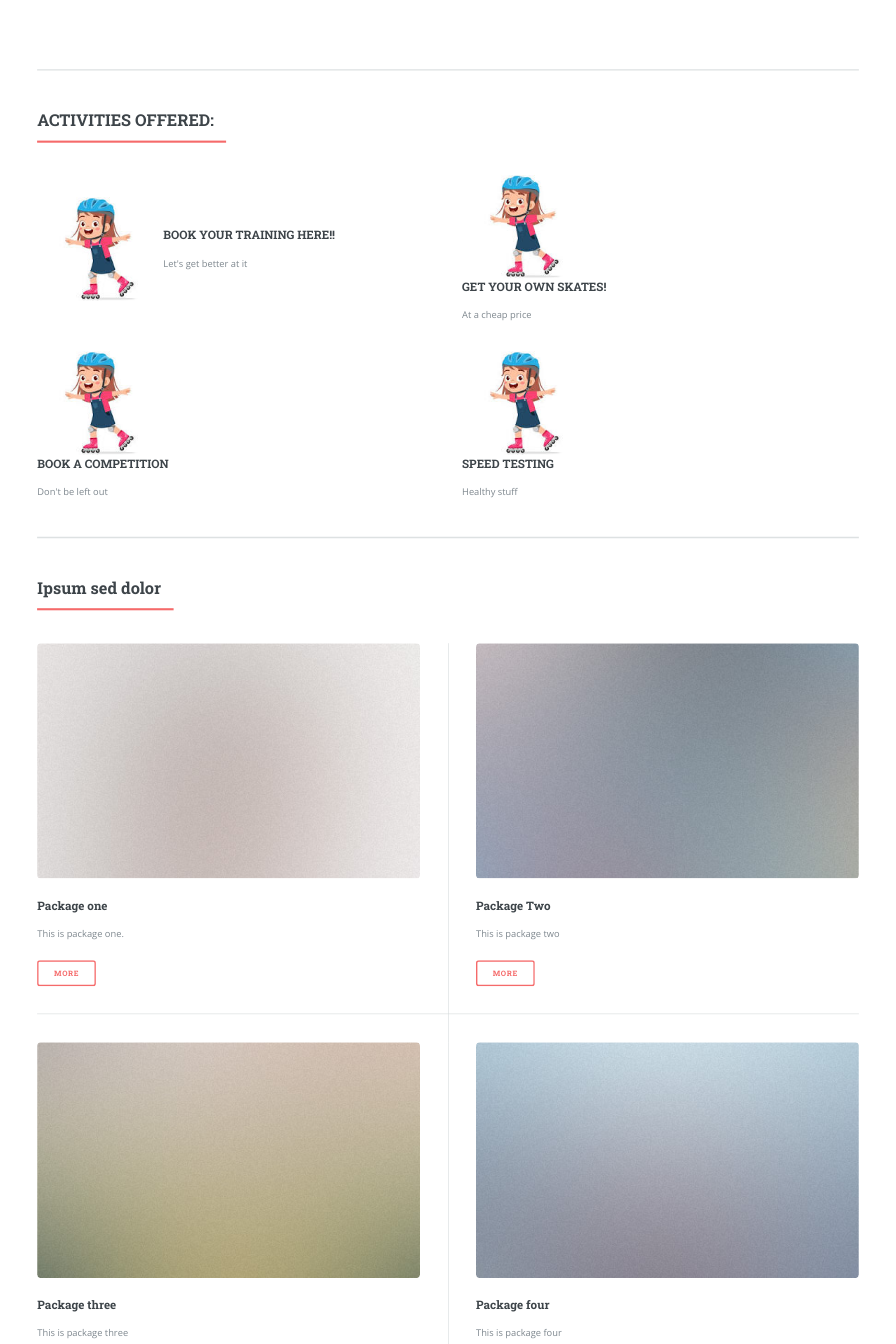
Repository: rachel648/New_Elite
Page: index.html
The author's editor kept a copy of each file at every save. The page is drawn from the files as they stood at one save, then again after the next save.
The browser window is 1280 px wide. The pictures show the part of the page from y = 707 to 2627 px (the page is 3312 px tall before and 3549 px after), at 70% of full size.

Above is the page before, as saved 2024-10-14 14:13:53.

After the next save:
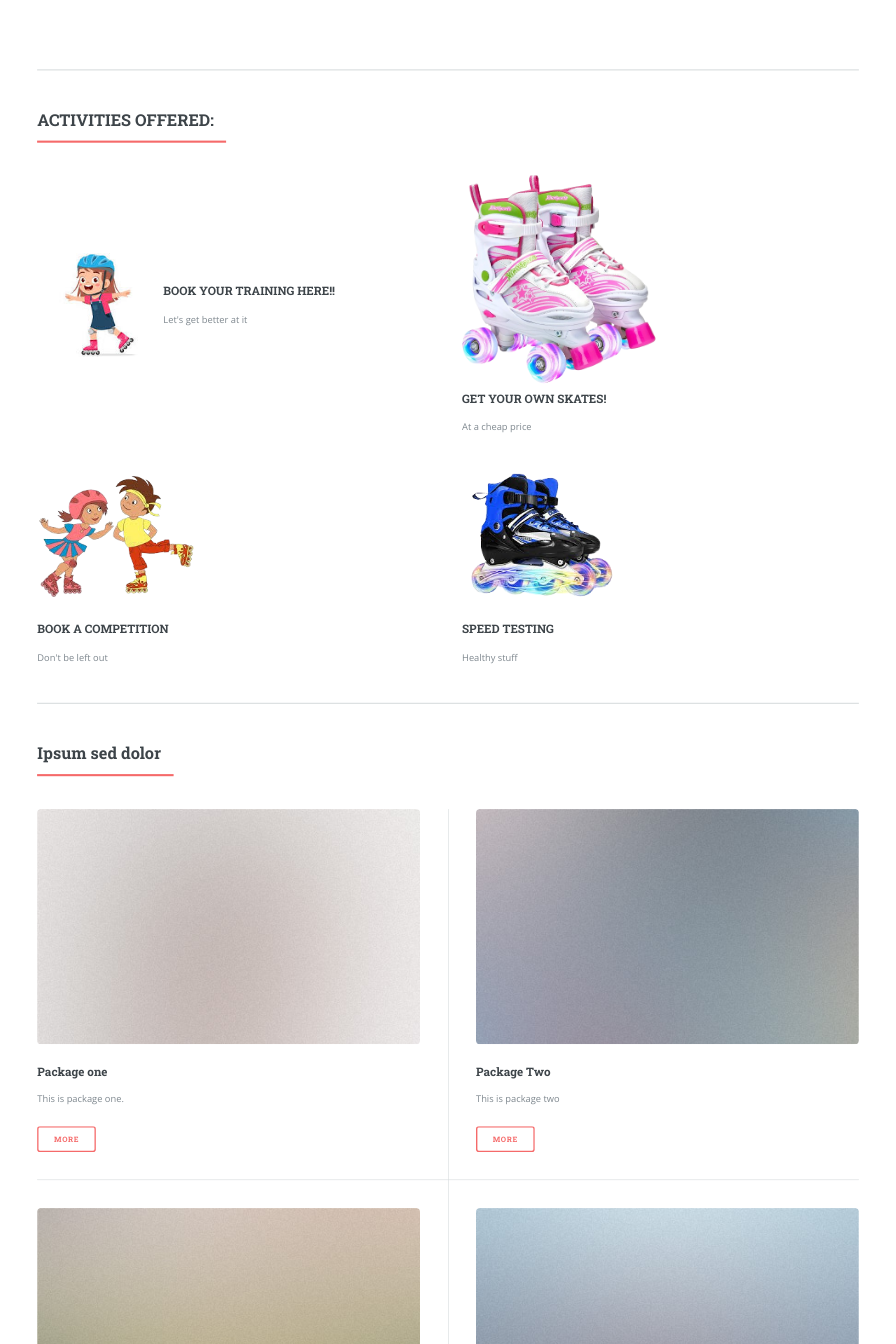
Saved 5 min 24 s later.
--- a/index.html
+++ b/index.html
@@ -61,7 +61,7 @@
 										</article>
 										<article>
 											<span class="image object">
-										<img src="images/training.jpg" alt="" />
+												<img src="images/pinkskates.jpg-removebg-preview.png" alt="" style="width: 300px; height: auto;" />
 											<div class="content">
 												<h3>GET YOUR OWN SKATES!</h3>
 												<p>At a cheap price</p>
@@ -69,14 +69,14 @@
 										</article>
 										<article>
 											<span class="image object">
-												<img src="images/training.jpg" alt="" />
+												<img src="images/competition-removebg-preview.png" alt="" />
 											<div class="content">
 												<h3>BOOK A COMPETITION</h3>
 												<p> Don't be left out</p>
 										</article>
 										<article>
 											<span class="image object">
-												<img src="images/training.jpg" alt="" />
+												<img src="images/blueskates-removebg-preview.png" alt="" />
 											<div class="content">
 												<h3>SPEED TESTING</h3>
 												<p>Healthy stuff</p>
